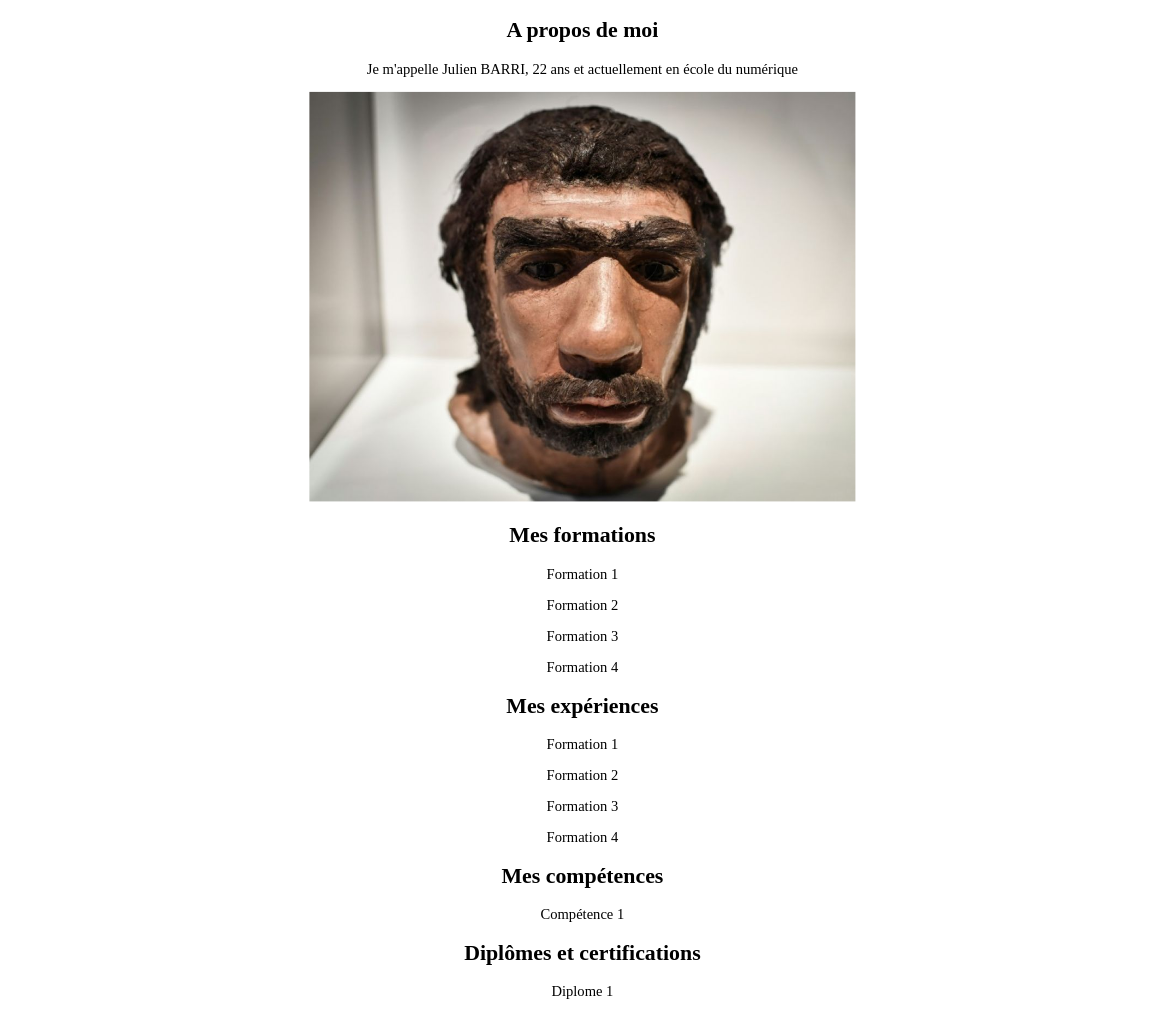
Repository: barridev/cours_devops.github.io
Page: index.html
The author's editor kept a copy of each file at every save. The page is drawn from the files as they stood at one save, then again after the next save.
The browser window is 1280 px wide. The pictures show the whole page, at 91% of full size.

Above is the page before, as saved 2022-06-13 15:06:12.

After the next save:
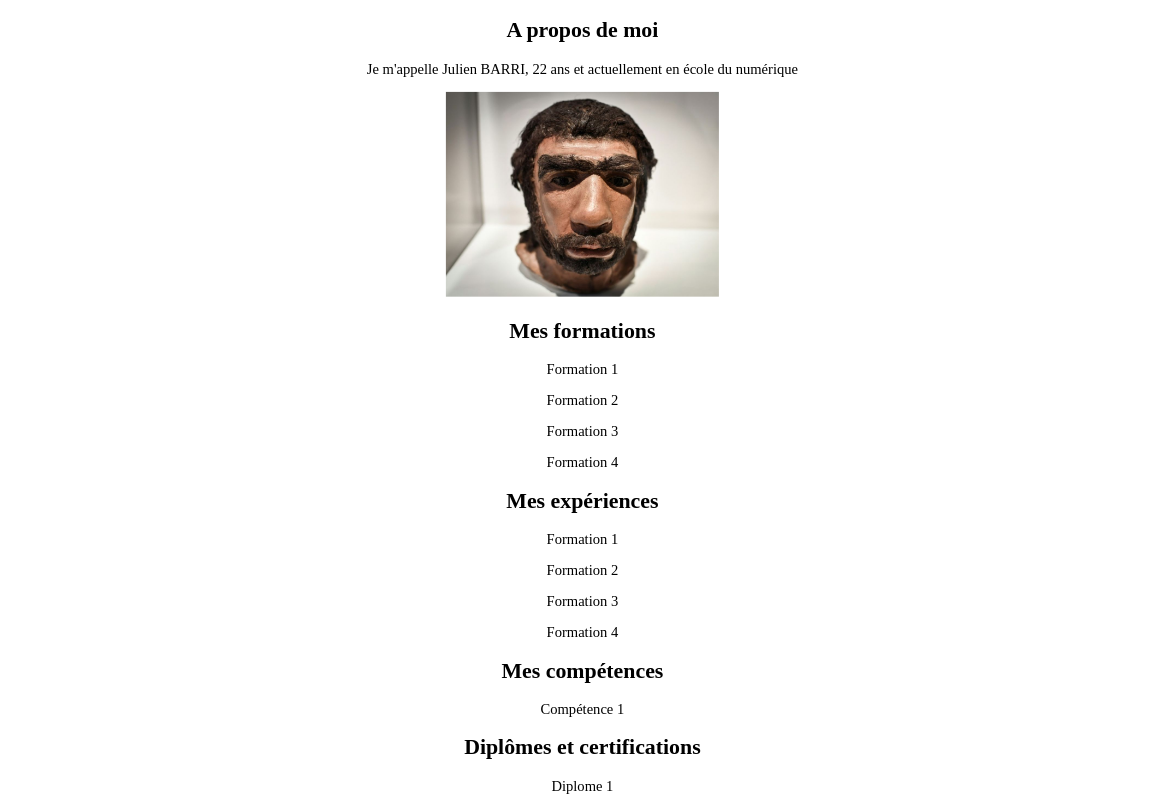
Saved 5 s later.
--- a/index.html
+++ b/index.html
@@ -15,7 +15,7 @@
         <div>
             <h1>A propos de moi</h1>
             <p>Je m'appelle Julien BARRI, 22 ans et actuellement en école du numérique</p>
-            <img width="600x600" src="homme.jpeg" alt="homme">
+            <img width="300x300" src="homme.jpeg" alt="homme">
         </div>
     </section>
 
